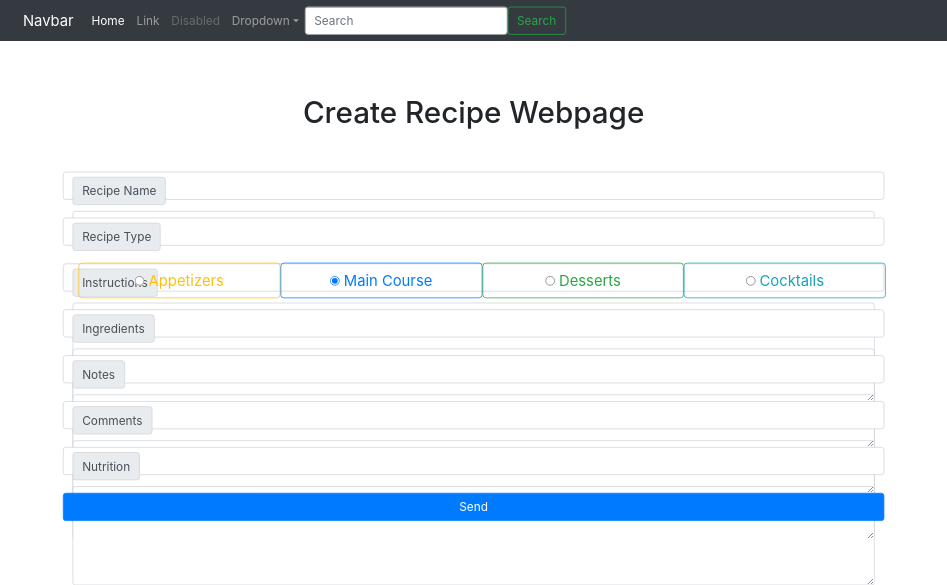
Repository: jerrywthompson/createRecipeWebpageHTML
Page: index.html
The author's editor kept a copy of each file at every save. The page is drawn from the files as they stood at one save, then again after the next save.
The browser window is 1280 px wide. The pictures show the whole page, at 74% of full size.

Above is the page before, as saved 2021-02-25 15:30:21.

After the next save:
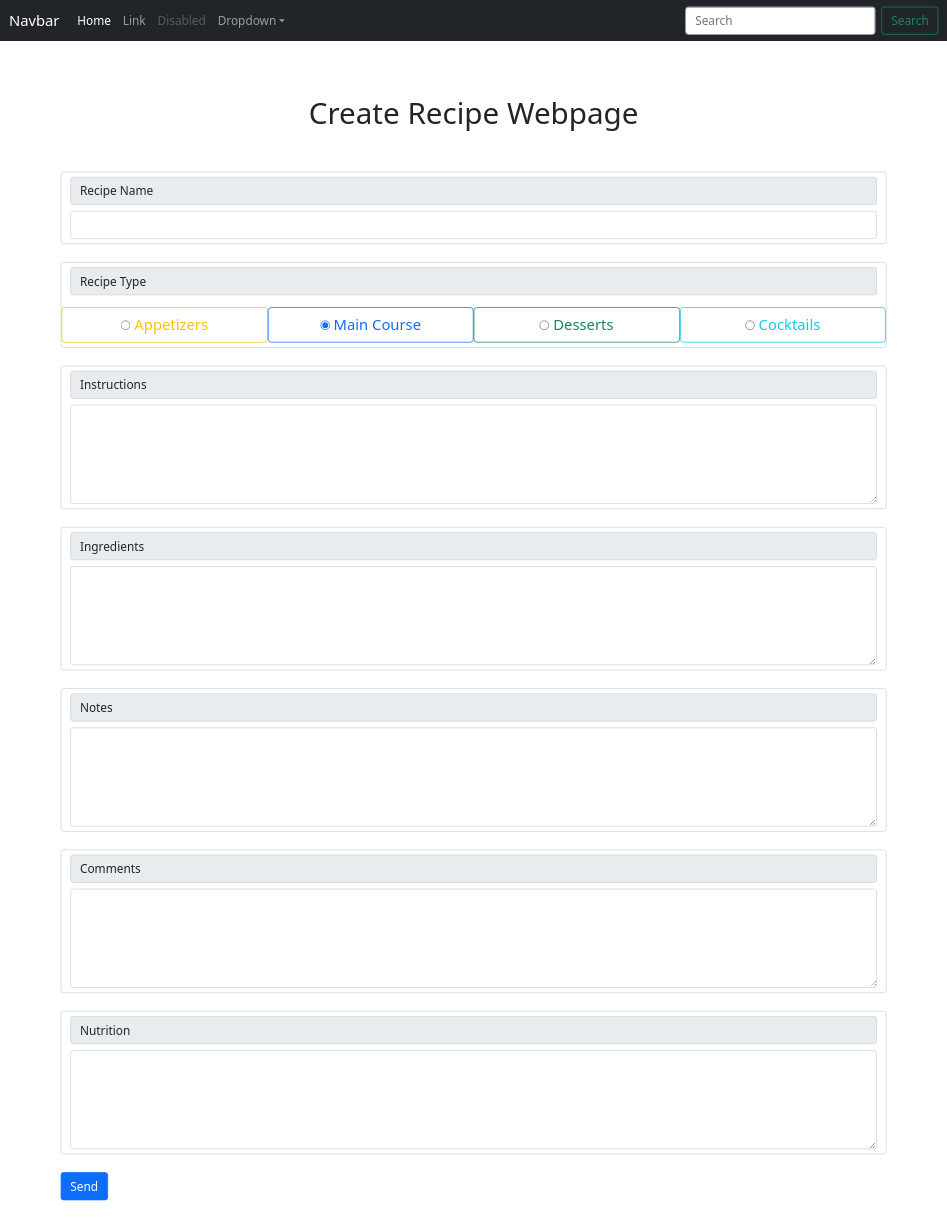
Saved 40 s later.
--- a/index.html
+++ b/index.html
@@ -10,8 +10,8 @@
 
         <link rel="stylesheet" href="css/main.css"/>
         <!-- Bootstrap core CSS -->
-        <!-- <link href="css/bootstrap5/css/bootstrap.min.css" rel="stylesheet"> -->
-        <link rel="stylesheet" href="css/bootstrap-4.5.3/css/bootstrap.min.css">
+        <link href="css/bootstrap5/css/bootstrap.min.css" rel="stylesheet">
+        <!-- <link rel="stylesheet" href="css/bootstrap-4.5.3/css/bootstrap.min.css"> -->
 
         <style>
             .bd-placeholder-img {
